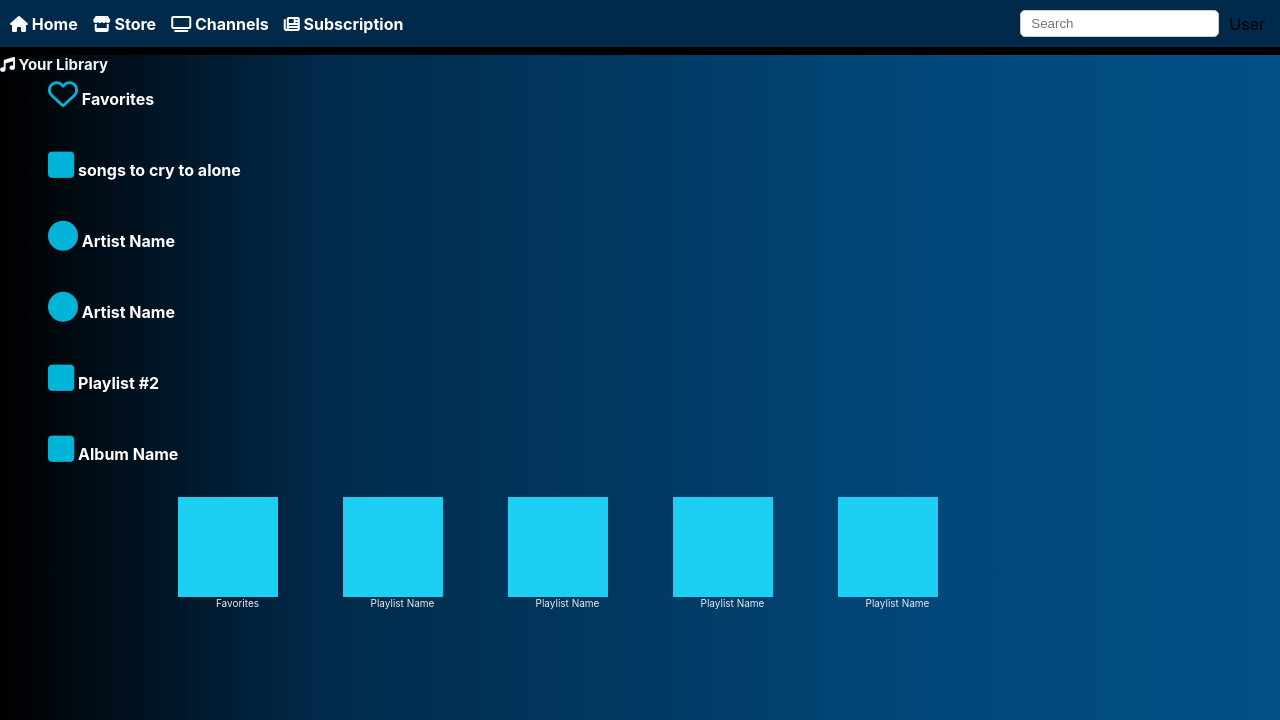
Repository: gordonnrat/group-2-project
Page: / (app in source-code/)
The author's editor kept a copy of each file at every save. The page is drawn from the files as they stood at one save, then again after the next save.
The browser window is 1280 px wide. The pictures show the whole page.
The project was rebuilt for these pictures with package versions that can differ from the ones it lists, and the page was loaded fresh each time. Also part of the build but not shown: source-code/src/App.css, source-code/src/App.js, source-code/src/components/pages/Login.js.

Above is the page before, as saved 2023-07-29 21:20:31.

After the next save:
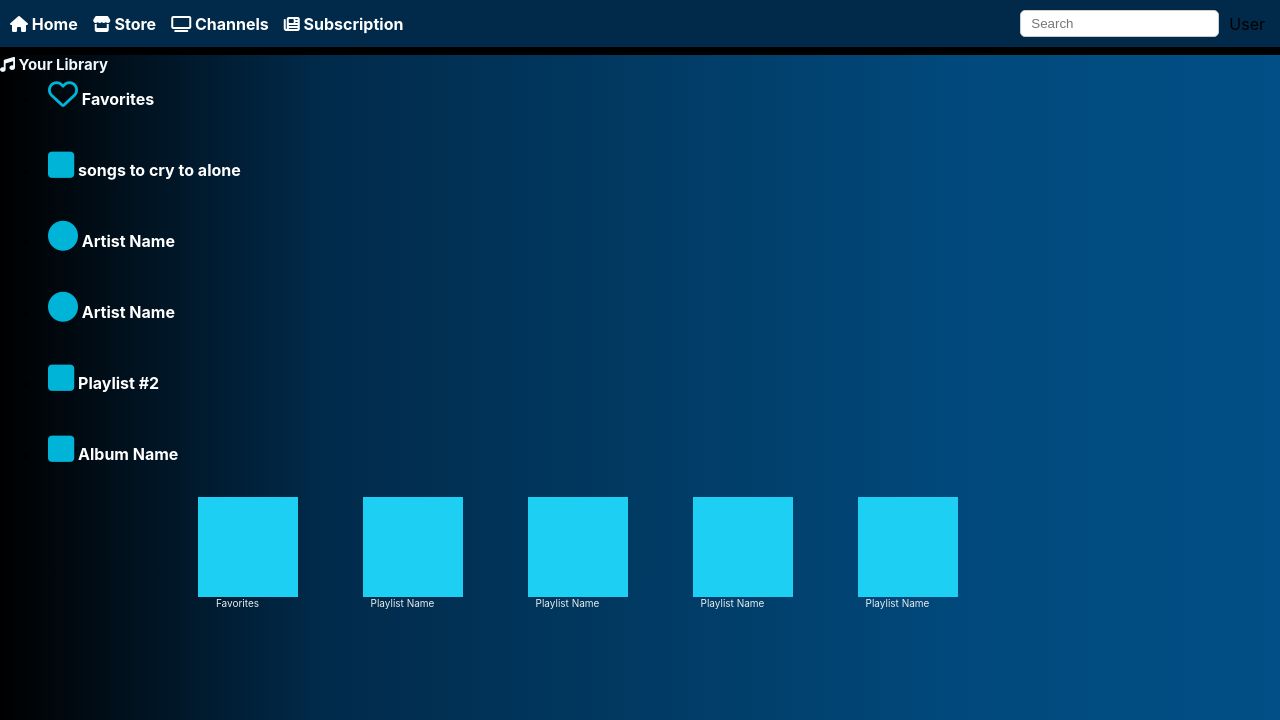
Saved 106 s later.
--- a/source-code/src/components/pages/js.css
+++ b/source-code/src/components/pages/js.css
@@ -28,7 +28,7 @@
   background-color: rgb(29, 207, 242);
   top: 300px;
   left:30%;/* This will position the square below the text */
-  transform: translateX(-50%);
+  transform: translateX(-30%);
 }
 
 .top-heading {

After the save that followed:
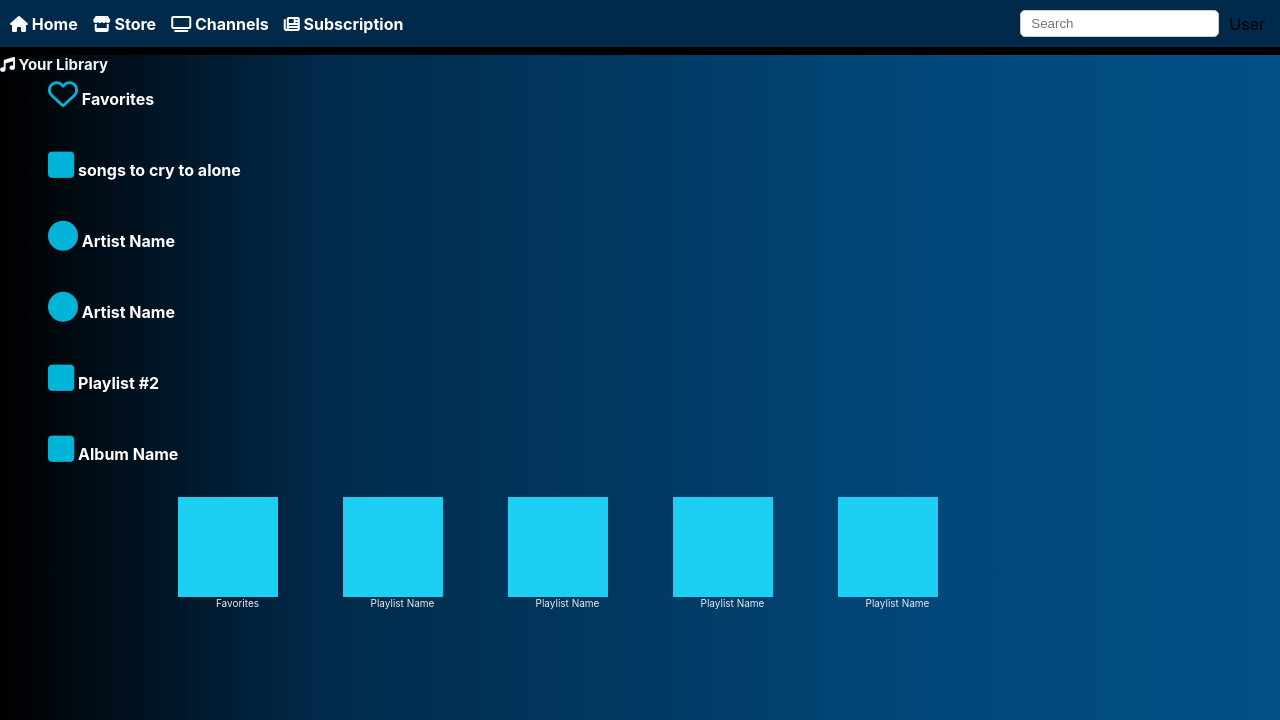
Saved 4 s later.
--- a/source-code/src/components/pages/js.css
+++ b/source-code/src/components/pages/js.css
@@ -28,7 +28,7 @@
   background-color: rgb(29, 207, 242);
   top: 300px;
   left:30%;/* This will position the square below the text */
-  transform: translateX(-30%);
+  transform: translateX(-50%);
 }
 
 .top-heading {
